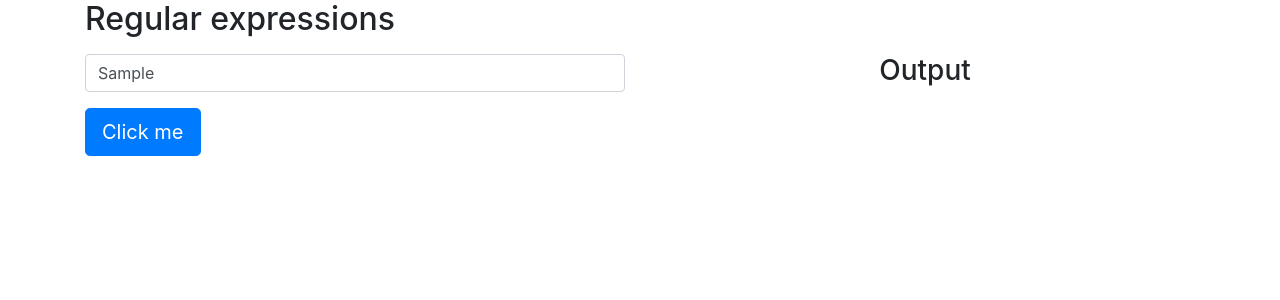
Repository: AlSemyon/01_RegExp
Page: LABS/LAB_1.html
These files come from the project's save history. The page is drawn as it stood at one moment and after the next save; the edit follows.
The browser window is 1280 px wide. The pictures show the whole page.
Empty fields were first filled with sample values (such as "Sample", 5 or name@example.com).
After loading, the first visible `button.js-check-regex-btn` was clicked once.

Above is the page before, as saved 2018-10-19 20:20:48.
Console error: TypeError: out.innerText is not a function

After the next save:
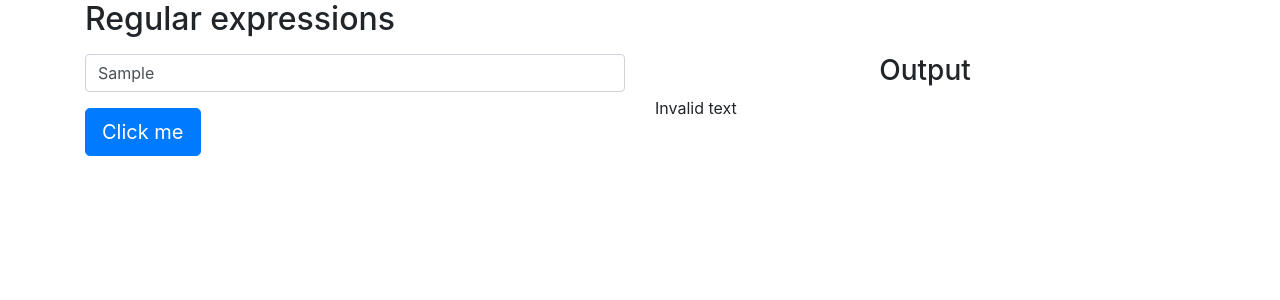
The error is gone.
Saved 31 s later.
--- a/js/lab1.js
+++ b/js/lab1.js
@@ -14,6 +14,6 @@
         var value = input.value;
         var match = reg.exec(value);
         var test = match ? match.result[0] : 'Invalid text';
-        out.innerText(test);
+        out.innerText = test;
     })
 })();
